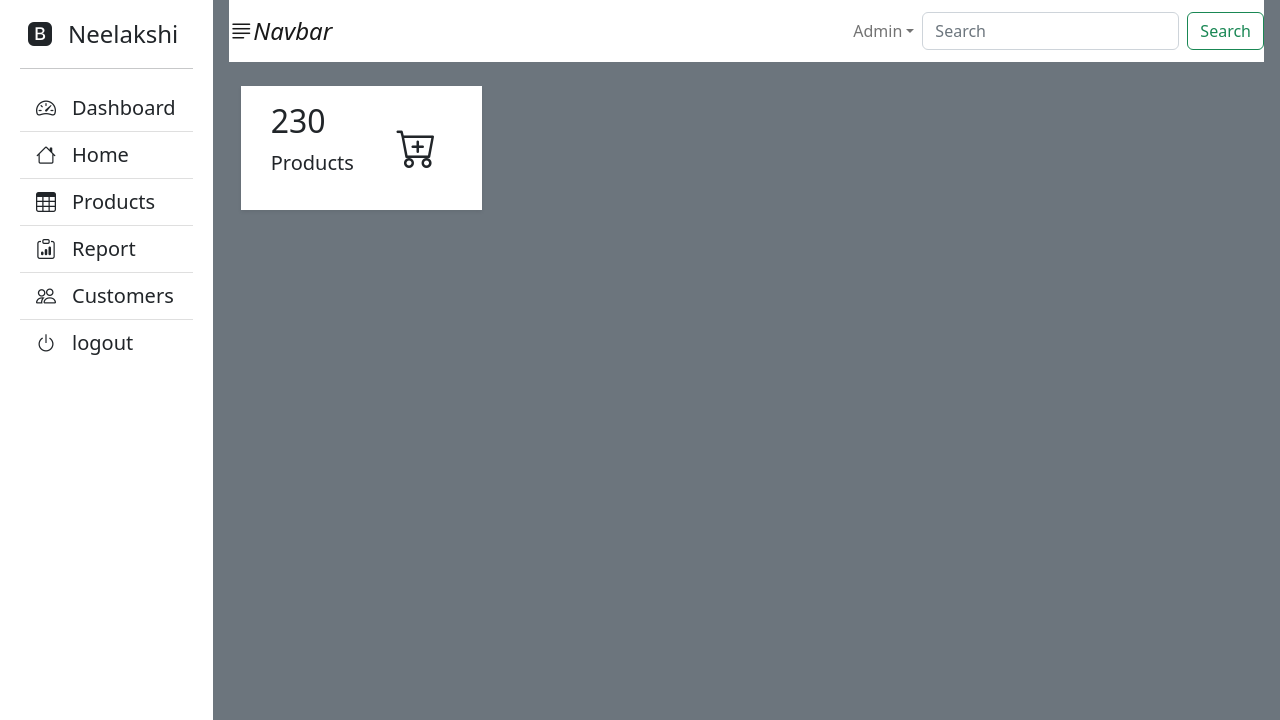
Repository: iqbalaamir/dashboard
Page: /
The author's editor kept a copy of each file at every save. The page is drawn from the files as they stood at one save, then again after the next save.
The browser window is 1280 px wide. The pictures show the whole page.
The project was rebuilt for these pictures with package versions that can differ from the ones it lists, and the page was loaded fresh each time. Also part of the build but not shown: src/App.css.

Above is the page before, as saved 2023-04-24 21:15:06.

### src/App.js
import "./App.css";
import Home from "./artifacts/Home";
import SidebarComponent from "./artifacts/SidebarComponent";

function App() {
  return (
    <div className="container-fluid bg-secondary min-vh-100">
      <div className="row">
        <div className="col-2 bg-white min-vh-100">
          <SidebarComponent />
        </div>
        <div className="col" style={{ padding: 0 }}>
          <Home />
        </div>
      </div>
    </div>
  );
}

export default App;

### src/artifacts/Home.js
import React from "react";
import Nav from "./Nav";

function Home() {
  return (
    <div className="px-3">
      <Nav />
      <div className="container-fluid">
        <div className="row g-3 my-2">
          <div className="col-md-3">
            <div className="p-3 bg-white shadow-sm d-flex justify-content-around align-items-center runded">
              <div>
                <h3 className="fs-2">230</h3>
                <p className="fs-5">Products</p>
              </div>
              <i className="bi bi-cart-plus p-3 fs-1"></i>
            </div>
          </div>
        </div>
      </div>
    </div>
  );
}

export default Home;

### src/artifacts/SidebarComponent.js
import React from 'react'
import "bootstrap/dist/css/bootstrap.min.css";
import "bootstrap-icons/font/bootstrap-icons.css";
import "./style.css"
function SidebarComponent() {
  return (
    <div className='bg-white sidebar p-2'>
        <div className='m-2'>
            <i className='bi bi-bootstrap-fill me-3 fs-4'></i>
            <span className='brand-name fs-4'>Neelakshi</span>
        </div>
        <hr className='text-dark'/>
        <div className='list-group list-group-flush'>
            <a className='list-group-item py-2'>
                <i className='bi bi-speedometer2 fs-5 me-3'></i>
                <span className='fs-5'>Dashboard</span>
            </a>
            <a className='list-group-item py-2'>
                <i className='bi bi-house fs-5 me-3'></i>
                <span className='fs-5'>Home</span>
            </a>
            <a className='list-group-item py-2'>
                <i className='bi bi-table fs-5 me-3'></i>
                <span className='fs-5'>Products</span>
            </a>
            <a className='list-group-item py-2'>
                <i className='bi bi-clipboard-data fs-5 me-3'></i>
                <span className='fs-5'>Report</span>
            </a>
            <a className='list-group-item py-2'>
                <i className='bi bi-people fs-5 me-3'></i>
                <span className='fs-5'>Customers</span>
            </a>
            <a className='list-group-item py-2'>
                <i className='bi bi-power fs-5 me-3'></i>
                <span className='fs-5'>logout</span>
            </a>


        </div>
    </div>
  )
}

export default SidebarComponent

### src/artifacts/Nav.js
import React from 'react'
import "bootstrap/js/dist/dropdown"
function Nav() {
  return (
   <nav className="navbar navbar-expand-sm navbar-white bg-white">
       <i className="navbar-brand bi bi-justify-left fs-4">Navbar</i>
       <button className="navbar-toggler d-lg-none" type="button" data-bs-toggle="collapse" data-bs-target="#collapsibleNavId" aria-controls="collapsibleNavId"
           aria-expanded="false" aria-label="Toggle navigation"></button>
       <div className="collapse navbar-collapse" id="collapsibleNavId">
           <ul className="navbar-nav ms-auto mt-2 mt-lg-0">

               <li className="nav-item dropdown">
                   <a className="nav-link dropdown-toggle" href="#"
                   id="dropdownId" data-bs-toggle="dropdown"
                   aria-haspopup="true" aria-expanded="false">Admin</a>
                   <div className="dropdown-menu" aria-labelledby="dropdownId">
                       <a className="dropdown-item" href="#">Profile</a>
                       <a className="dropdown-item" href="#">Settings</a>
                       <a className="dropdown-item" href="#">Logout</a>

                   </div>
               </li>
           </ul>
           <form className="d-flex my-2 my-lg-0">
               <input className="form-control me-sm-2" type="text" placeholder="Search"/>
               <button className="btn btn-outline-success my-2 my-sm-0" type="submit">Search</button>
           </form>
       </div>
   </nav>
  )
}

export default Nav

### src/artifacts/style.css
.list-group a:hover{
   background-color:blue;
   color:white;
   cursor: pointer;
}

Loaded but not shown: public/index.html (common file); src/index.js (common file); src/index.css (common file); src/reportWebVitals.js (common file)

After the next save:
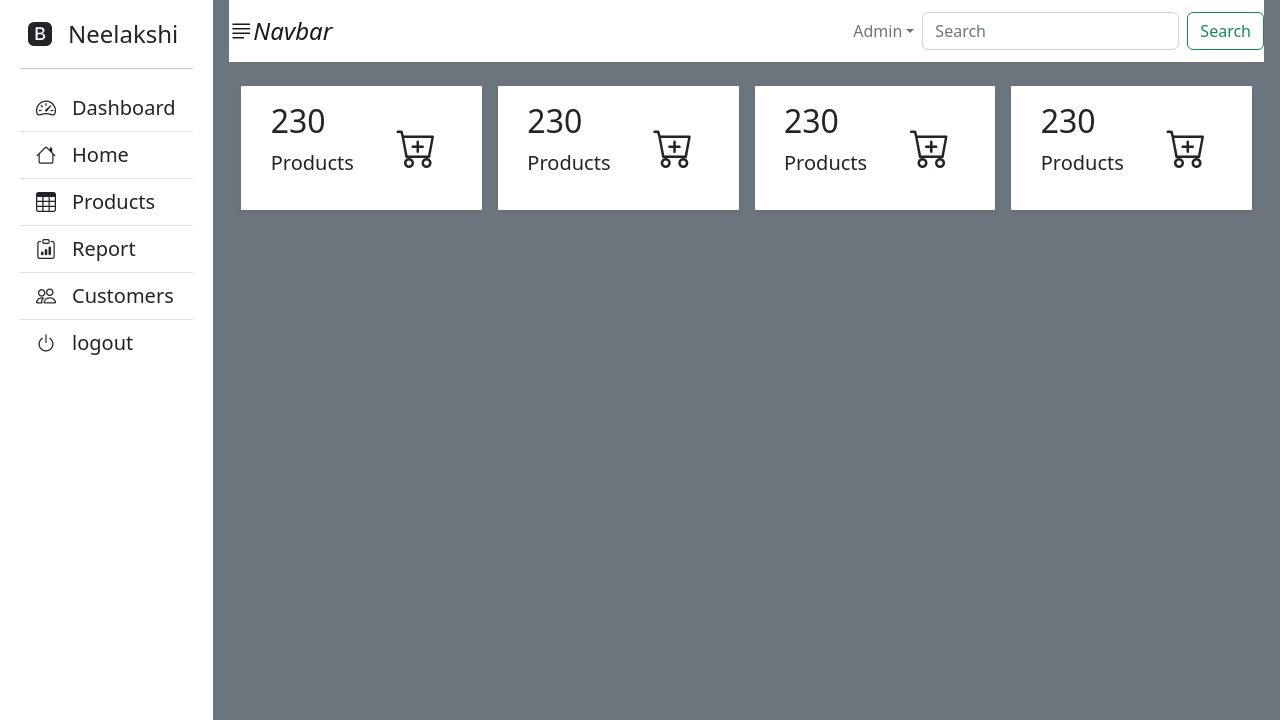
Saved 25 s later.
--- a/src/artifacts/Home.js
+++ b/src/artifacts/Home.js
@@ -16,6 +16,33 @@ function Home() {
               <i className="bi bi-cart-plus p-3 fs-1"></i>
             </div>
           </div>
+          <div className="col-md-3">
+            <div className="p-3 bg-white shadow-sm d-flex justify-content-around align-items-center runded">
+              <div>
+                <h3 className="fs-2">230</h3>
+                <p className="fs-5">Products</p>
+              </div>
+              <i className="bi bi-cart-plus p-3 fs-1"></i>
+            </div>
+          </div>
+          <div className="col-md-3">
+            <div className="p-3 bg-white shadow-sm d-flex justify-content-around align-items-center runded">
+              <div>
+                <h3 className="fs-2">230</h3>
+                <p className="fs-5">Products</p>
+              </div>
+              <i className="bi bi-cart-plus p-3 fs-1"></i>
+            </div>
+          </div>
+          <div className="col-md-3">
+            <div className="p-3 bg-white shadow-sm d-flex justify-content-around align-items-center runded">
+              <div>
+                <h3 className="fs-2">230</h3>
+                <p className="fs-5">Products</p>
+              </div>
+              <i className="bi bi-cart-plus p-3 fs-1"></i>
+            </div>
+          </div>
         </div>
       </div>
     </div>
